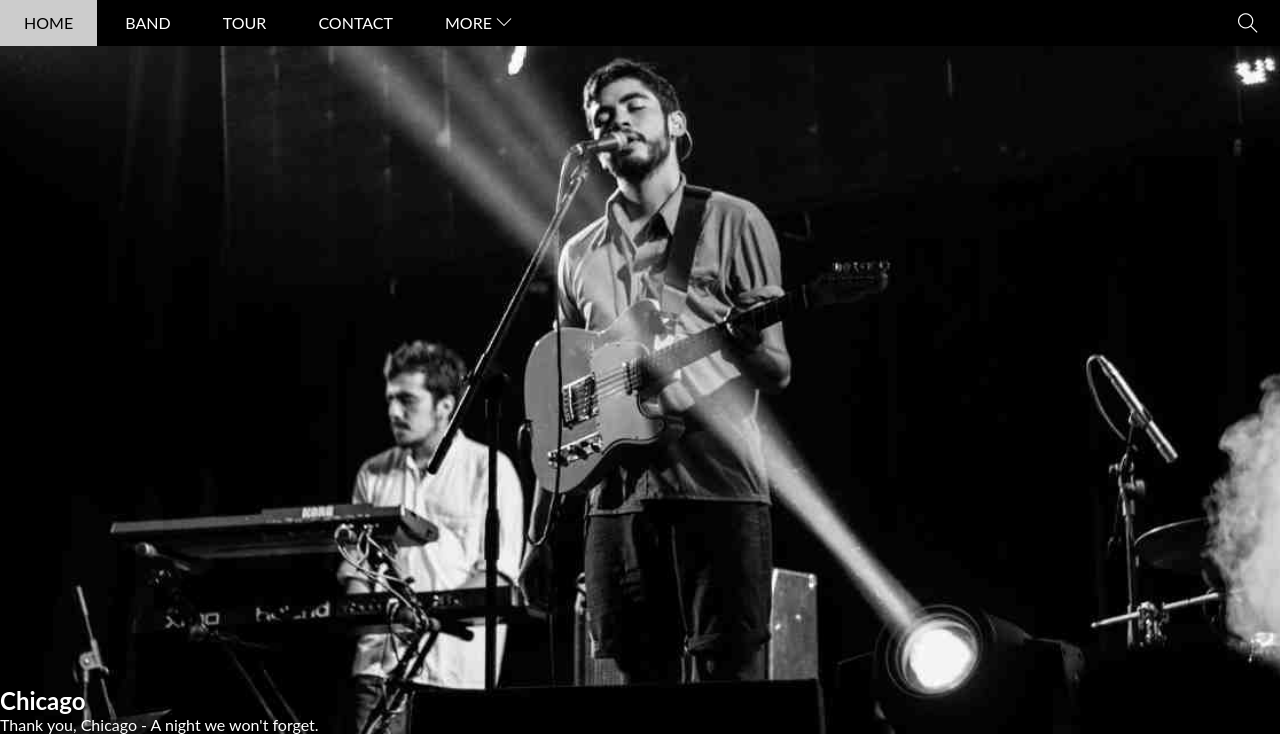
Repository: tatvanhco/web-dau-tay
Page: index.html
An editor plug-in stored every save of this project. The page is shown before and after the next save, followed by the edit.
The browser window is 1280 px wide. The pictures show the whole page.

Above is the page before, as saved 2022-01-23 17:54:23.

### index.html
<!DOCTYPE html>
<html lang="en">
<head>
    <meta charset="UTF-8">
    <!-- <meta http-equiv="X-UA-Compatible" content="IE=edge"> -->
    <meta name="viewport" content="width=device-width, initial-scale=1.0">
    <title>the band</title>
    <link rel="shortcut icon" href="./assets/img/band/logo.png" type="image/x-icon">
    <link rel="stylesheet" href="./assets/fronts/themify-icons/themify-icons.css">
    <link rel="stylesheet" href="./assets/css/style.css">
    <link rel="stylesheet" href="./assets/css/responsive.css">
</head>
<body>
    <div id="main">
        <div id="header">
            <ul id="nav">
                <li><a href="#">home</a></li>
                <li><a href="#">band</a></li>
                <li><a href="#">tour</a></li>
                <li><a href="#">contact</a></li>
                <li>
                    <a href="#">more
                        <i class="drop-down ti-angle-down"></i>
                    </a>
                    <div class="subnav">
                        <ul>
                            <li><a href="">Merchandise</a></li>
                            <li><a href="">Extras</a></li>
                            <li><a href="">Media</a></li>
                        </ul>
                    </div>
                </li>
            </ul>
            <div class="search-btn">
                <i class="search-icon ti-search"></i>
            </div>
        </div>
        <div id="slide">
            <div class="text-content">
                <h2 class="text-heading">Chicago</h2>
                <div class="text-desc">Thank you, Chicago - A night we won't forget.</div>
            </div>
        </div>
        <div id="content">

        </div>
        <div id="footer">

        </div>
    </div>
</body>
</html>

### assets/css/style.css
* {
    margin: 0;
    padding: 0;
    box-sizing: border-box;
}

body {
    font-family: "Lato", sans-serif;
}

#header {
    width: 100%;
    height: 46px;
    background-color: #000;
    position: fixed;
    top: 0;
    left: 0;
    right: 0;
}
#nav {
    display: inline-block;
}

#nav > li {
    display: inline-block;
}

#nav li {
    position: relative;
    list-style-type: none;
}

#nav > li > a {
    color: #fff;
    text-transform: uppercase;
}

#nav li a {
    text-decoration: none;
    padding: 0 24px;
    line-height: 46px;
    display: block;

}

#nav li:hover .subnav {
    display: block;
}

#nav .subnav li:hover a,
#nav > li:hover > a {
    background-color: #ccc;
    color: #000;
}

#nav .subnav {
    display: none;
    min-width: 160px;
    position: absolute;
    top: 100%;
    left: 0;
    background-color: #fff;
    box-shadow: 0 0 10px rgba(0, 0, 0, 0.3);
}

#nav .subnav a {
    color: #000;
    padding: 0px 24px;
    line-height: 38px;
}

#header .search-btn {
    float: right;
    padding: 0 22px;
    cursor: pointer;
}

#header .search-btn:hover {
    background-color: #f44336;
}

#header .search-icon {
    color: #fff;
    font-size: 20px;
    line-height: 46px;
}

#slide {
    margin-top: 46px;
    padding-top: 50%;
    background: url(/assets/img/slider/chicago.jpg) top center / cover no-repeat;
}

#slide .text-content {
    color: #fff;

}

Loaded but not shown: assets/fronts/themify-icons/themify-icons.css (common file); assets/css/responsive.css (no copy from this time; the picture is the same without it)

After the next save:
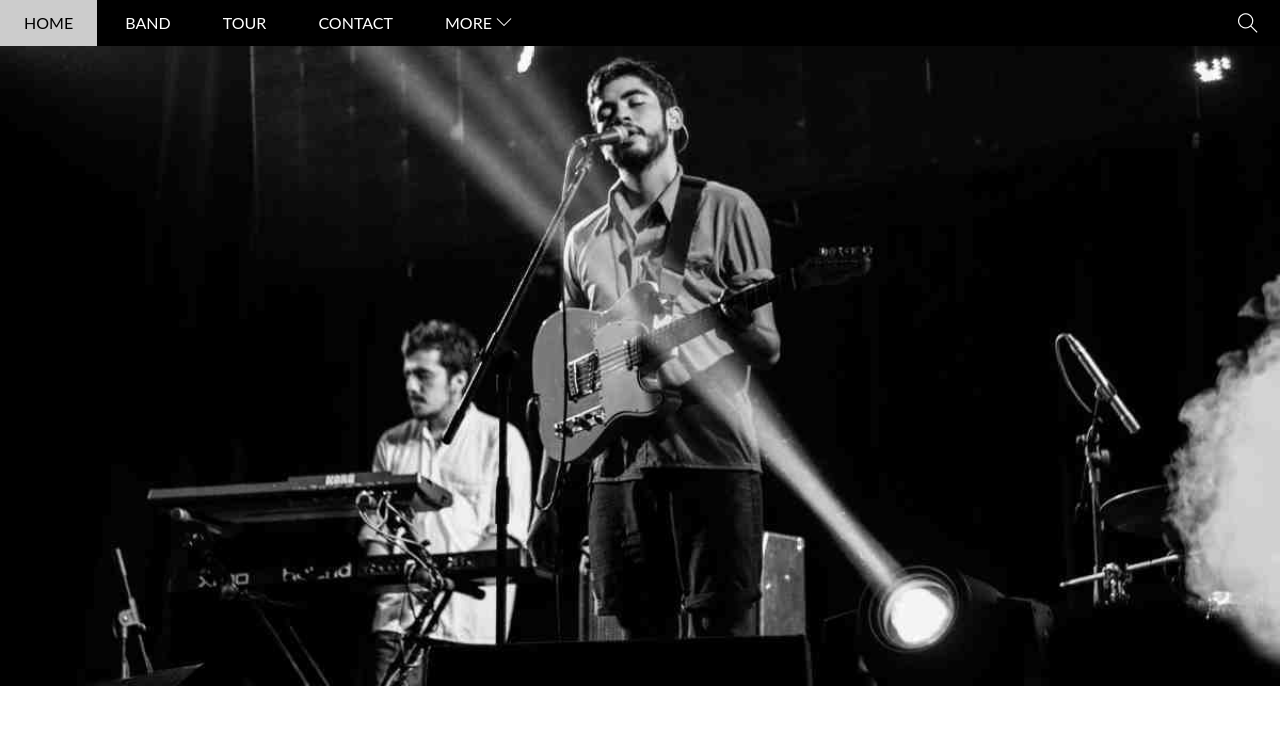
Saved 93 s later.
--- a/assets/css/style.css
+++ b/assets/css/style.css
@@ -86,6 +86,7 @@
 }
 
 #slide {
+    position: relative;
     margin-top: 46px;
     padding-top: 50%;
     background: url(/assets/img/slider/chicago.jpg) top center / cover no-repeat;
@@ -93,5 +94,7 @@
 
 #slide .text-content {
     color: #fff;
-
+    position: absolute;
+    left: 0;
+    right: 0;
 }

After the save that followed:
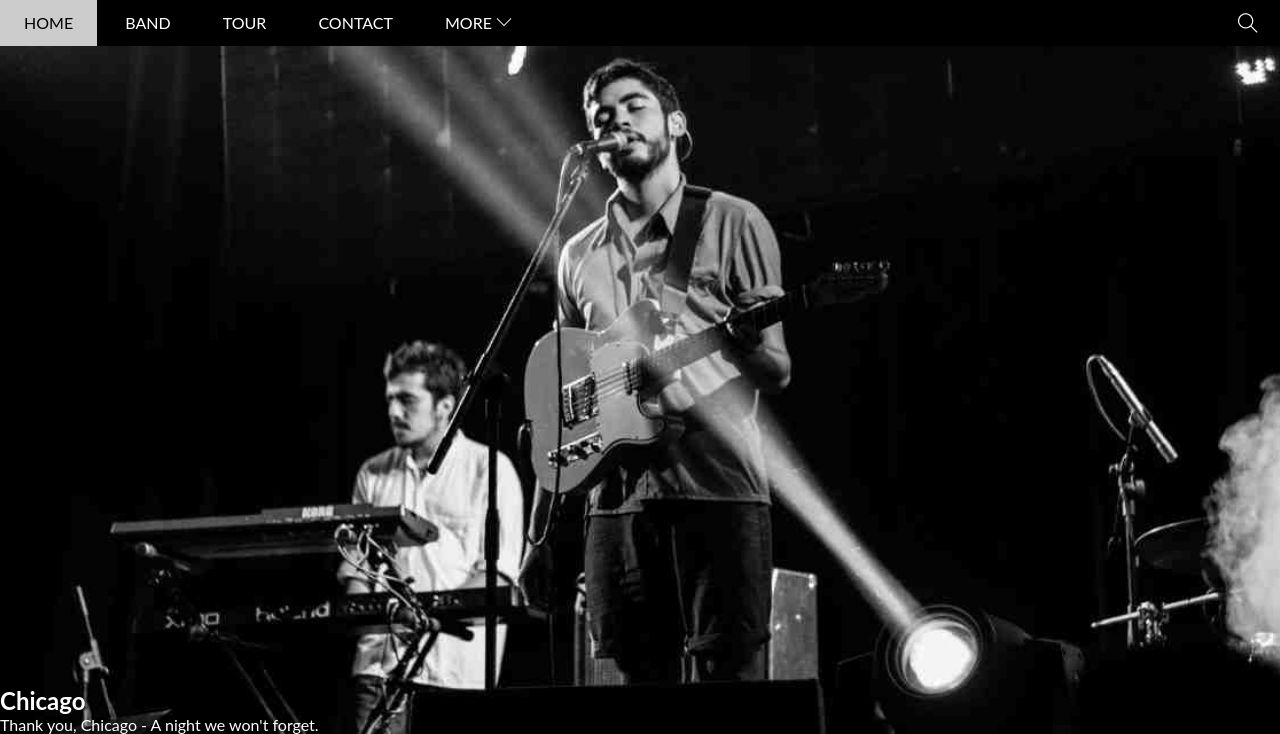
Saved 93 s later.
--- a/assets/css/style.css
+++ b/assets/css/style.css
@@ -94,7 +94,13 @@
 
 #slide .text-content {
     color: #fff;
-    position: absolute;
-    left: 0;
-    right: 0;
+
 }
+
+#slide .text-heading {
+
+}
+
+#slide .text-desc {
+
+}
